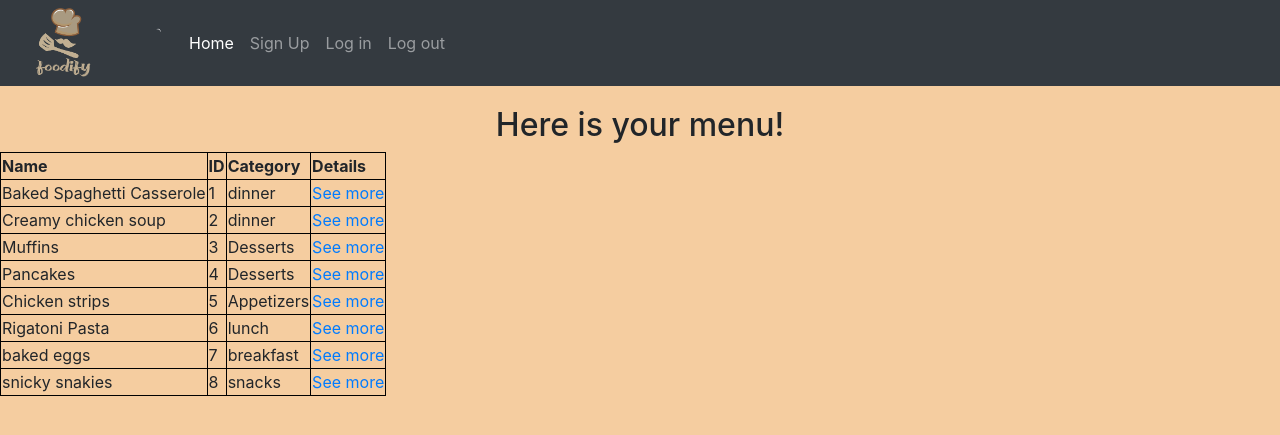
Repository: RanaHisham18/Foodify-Web-App
Page: Project IA raghda/usermenu.html
An editor plug-in stored every save of this project. The page is shown before and after a run of saves, followed by the edit.
The browser window is 1280 px wide. The pictures show the whole page.

Above is the page before, as saved 2022-01-06 18:32:56.

### Project IA raghda/usermenu.html
<!DOCTYPE html>
<html lang="en">
<head>
    <meta charset="UTF-8">
    <meta http-equiv="X-UA-Compatible" content="IE=edge">
    <meta name="viewport" content="width=device-width, initial-scale=1.0">
    <link rel="stylesheet" href="https://maxcdn.bootstrapcdn.com/bootstrap/4.0.0/css/bootstrap.min.css"
     integrity="sha384-Gn5384xqQ1aoWXA+058RXPxPg6fy4IWvTNh0E263XmFcJlSAwiGgFAW/dAiS6JXm" crossorigin="anonymous">
     <link rel ="stylesheet" href="usermenu.css">
    <title>Document</title>
</head>
<body>
    <!--Navigation Bar-->
 <nav class="navbar navbar-expand-lg navbar-dark bg-dark sticky-top">
    <img class="image" src="images/foodify.png" alt="Foodify logo">

       <button class="navbar-toggler" type="button" data-bs-toggle="collapse" data-bs-target="#navbarScroll" aria-controls="navbarScroll" aria-expanded="false" aria-label="Toggle navigation">
         <span class="navbar-toggler-icon"></span>
       </button>
     <div class="container-fluid">
         <div class="collapse navbar-collapse" id="navbarScroll">
           <ul class="navbar-nav me-auto my-2 my-lg-0 navbar-nav-scroll" style="--bs-scroll-height: 100px;">
             <li class="nav-item">
               <a class="nav-link active" aria-current="page" href="home.php">Home</a>
             </li>
             <li class="nav-item">
               <a class="nav-link" href="register.php">Sign Up</a>
             </li>
             <li class="nav-item">
               <a class="nav-link" href="login.php">Log in</a>
             </li>
             <li class="nav-item">
               <a class="nav-link" href="login.php">Log out</a>

             </li>
           </ul>

         </div>
       </div>
   </nav>

   <h2>Here is your menu!</h2>

   <table class="usermenu">
<tr>
    <th>Name</th>
    <th>ID</th>
    <th>Category</th>
    <th>Details</th>
</tr>

<tr>
    <td> Baked Spaghetti Casserole</td>
    <td>1</td>
    <td>dinner</td>
    <td><a href="dinner.html">See more</a></td>
</tr>

<tr>
    <td>Creamy chicken soup</td>
    <td>2</td>
    <td>dinner</td>
    <td><a href="dinner.html">See more</a></td>
</tr>

<tr>
    <td>Muffins</td>
    <td>3</td>
    <td>Desserts</td>
    <td><a href="bakery.html">See more</a></td>
</tr>
<tr>
    <td>Pancakes</td>
    <td>4</td>
    <td>Desserts</td>
    <td><a href="bakery.html">See more</a></td>
</tr>
<tr>
    <td>Chicken strips</td>
    <td>5</td>
    <td>Appetizers</td>
    <td><a href="Appetizers.html">See more</a></td>
</tr>
<tr>
    <td>Rigatoni Pasta</td>
    <td>6</td>
    <td>lunch</td>
    <td><a href="lunch.html">See more</a></td>
</tr>
<tr>
    <td>baked eggs</td>
    <td>7</td>
    <td>breakfast</td>
    <td><a href="breakfast.html">See more</a></td>
</tr>
<tr>
    <td>snicky snakies</td>
    <td>8</td>
    <td>snacks</td>
    <td><a href="snacks.html">See more</a></td>
</tr>

   </table>
</body>
</html>

### Project IA raghda/usermenu.css
.image{
    cursor: pointer;
    height:70px;
     width:130px;
    margin-left: 20px;
  }
  .scroll{
      margin-top:200px;
      margin-left:50px;
  }
body
{
    background-color: #f5cda0;
}
h2{
    text-align: center;
    margin-top:  20px;
}
table, th, td {
    border:1px solid black;
  }

After the next 5 saves:
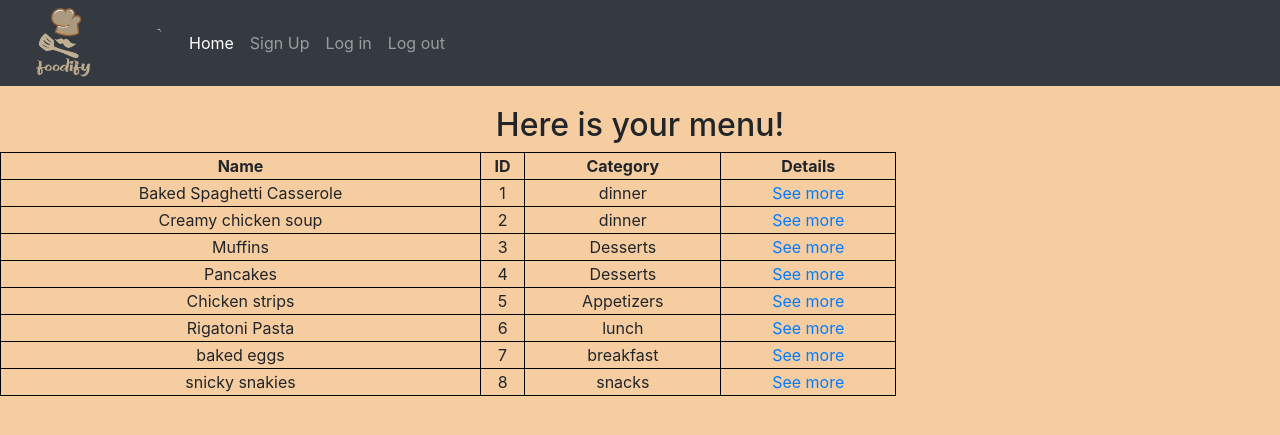
The 5 saves are shown as one change because they came seconds apart.
The last was saved 15 s later.
--- a/Project IA raghda/usermenu.css
+++ b/Project IA raghda/usermenu.css
@@ -19,3 +19,8 @@ h2{
 table, th, td {
     border:1px solid black;
   }
+
+  .usermenu{
+      width: 70%;
+      text-align: center;
+  }
